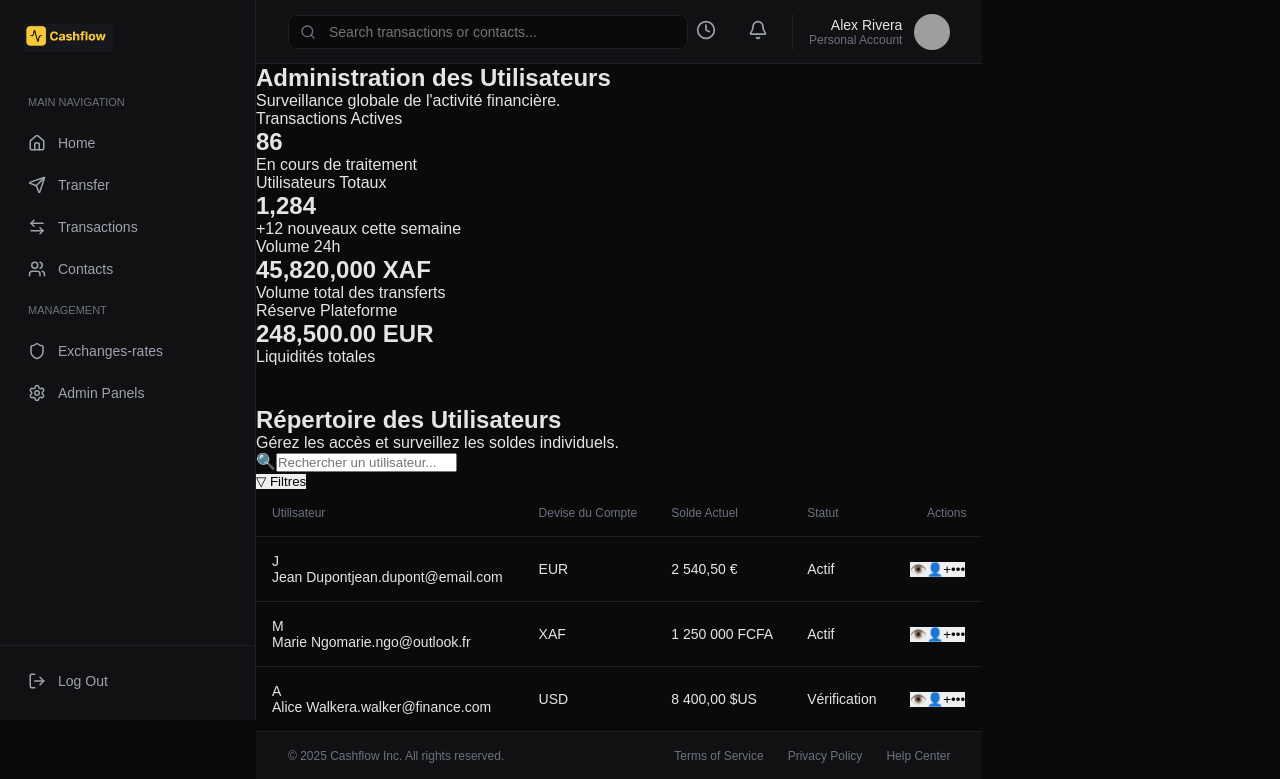
Repository: laetitiamaelle/GROUEPE5_PROGRAMMATIONWEBII_PLATEFORME_DE_TRANSFERT_MULTIDEVISE
Page: /dashboard
The author's editor kept a copy of each file at every save. The page is drawn from the files as they stood at one save, then again after the next save.
The browser window is 1280 px wide. The pictures show the whole page.
Pictures or frames that could not be fetched are drawn as grey boxes. The project was rebuilt for these pictures with package versions that can differ from the ones it lists, and the page was loaded fresh each time. The framework's server and built-in components were replaced by stand-ins that run in the browser. Also part of the build but not shown: next.config.ts.

Above is the page before, as saved 2026-05-21 10:09:35.

After the next save:
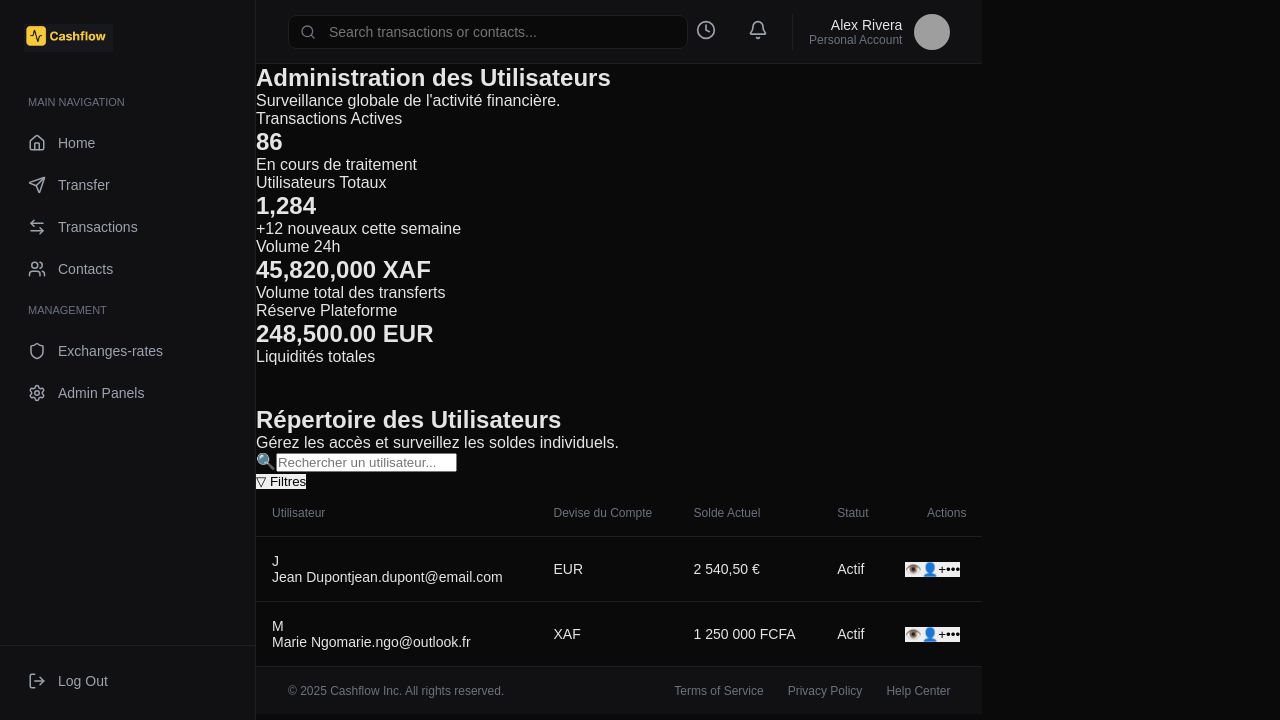
Saved 37 s later.
--- a/components/UserTable.tsx
+++ b/components/UserTable.tsx
@@ -3,7 +3,6 @@ import React from 'react';
 const users = [
   { id: 1, name: "Jean Dupont", email: "jean.dupont@email.com", currency: "EUR", balance: "2 540,50 €", status: "Actif" },
   { id: 2, name: "Marie Ngo", email: "marie.ngo@outlook.fr", currency: "XAF", balance: "1 250 000 FCFA", status: "Actif" },
-  { id: 3, name: "Alice Walker", email: "a.walker@finance.com", currency: "USD", balance: "8 400,00 $US", status: "Vérification" },
 ];
 
 export default function UserTable() {
